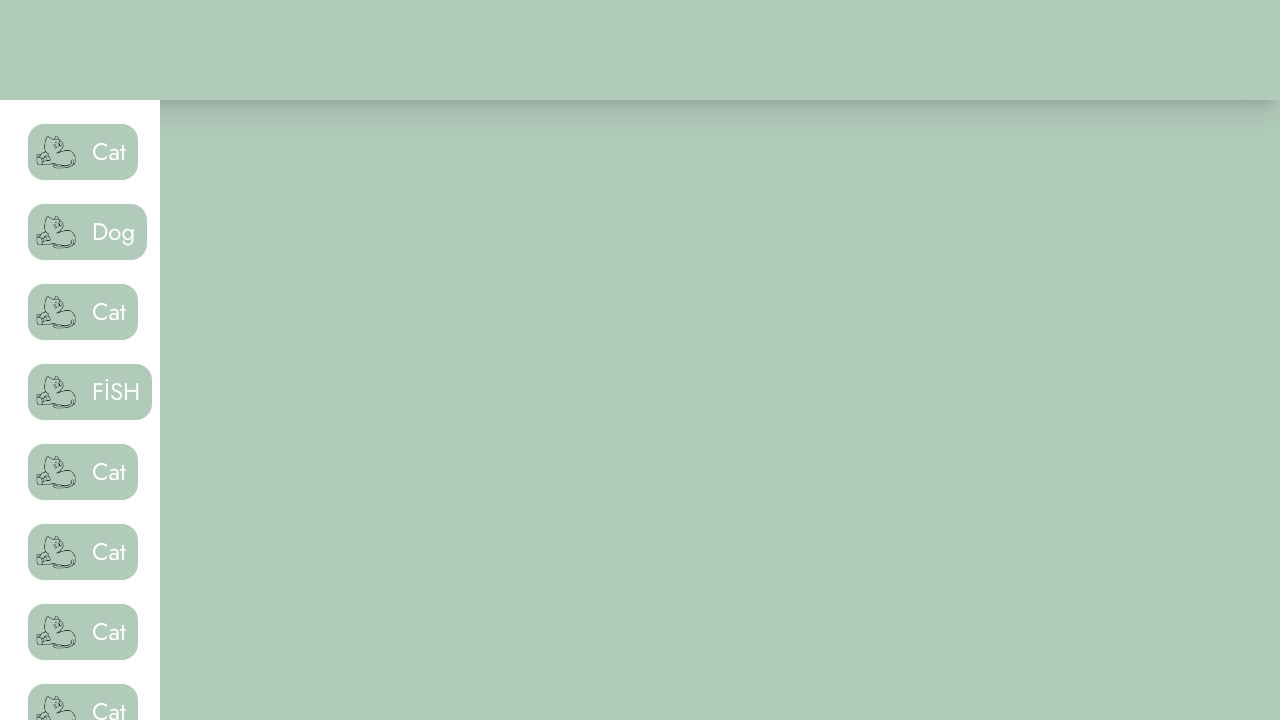
Repository: batu-call/batu-petshop
Page: /main (app in petshopp-appAdmin/admin/)
These files come from the project's save history. The page is drawn as it stood at one moment and after the next save; the edit follows.
The browser window is 1280 px wide. The pictures show the whole page.
The project was rebuilt for these pictures with package versions that can differ from the ones it lists, and the page was loaded fresh each time. The framework's server and built-in components were replaced by stand-ins that run in the browser. Also part of the build but not shown: petshopp-appAdmin/admin/next.config.ts.

Above is the page before, as saved 2025-09-19 02:19:03.

After the next save:
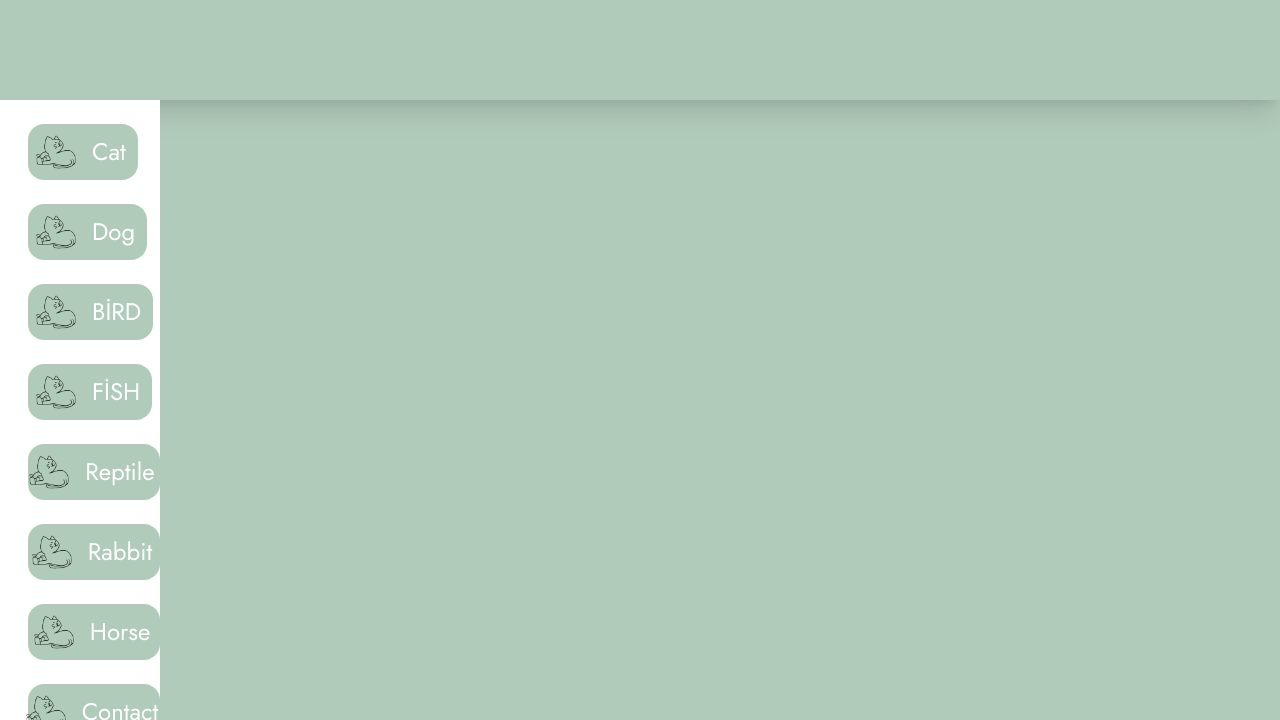
Saved 102 s later.
--- a/petshopp-appAdmin/admin/src/app/main/controller/Main.tsx
+++ b/petshopp-appAdmin/admin/src/app/main/controller/Main.tsx
@@ -26,14 +26,14 @@ const Main = () => {
        <h2 className='text-2xl text-jost text-white p-1'>Dog</h2>
       </div>
       </div>
-      {/* FİSH */}
+      {/* BİRD */}
        <div className='bg-primary inline-block p-2 items-center mt-6 ml-7 rounded-2xl'>
         <div className='flex gap-3 items-center justify-center'>
        <Image src="/cat_7721779.png" alt='cat-image'
        height={40}
        width={40}
        />
-       <h2 className='text-2xl text-jost text-white p-1'>Cat</h2>
+       <h2 className='text-2xl text-jost text-white p-1'>BİRD</h2>
       </div>
       </div>
       {/* FİSH */}
@@ -46,64 +46,54 @@ const Main = () => {
        <h2 className='text-2xl text-jost text-white p-1'>FİSH</h2>
       </div>
       </div>
-      {/* Dog */}
+      {/* Reptile */}
        <div className='bg-primary inline-block p-2 items-center mt-6 ml-7 rounded-2xl'>
         <div className='flex gap-3 items-center justify-center'>
        <Image src="/cat_7721779.png" alt='cat-image'
        height={40}
        width={40}
        />
-       <h2 className='text-2xl text-jost text-white p-1'>Cat</h2>
+       <h2 className='text-2xl text-jost text-white p-1'>Reptile</h2>
       </div>
       </div>
-      {/* Dog */}
+      {/* Rabbit */}
        <div className='bg-primary inline-block p-2 items-center mt-6 ml-7 rounded-2xl'>
         <div className='flex gap-3 items-center justify-center'>
        <Image src="/cat_7721779.png" alt='cat-image'
        height={40}
        width={40}
        />
-       <h2 className='text-2xl text-jost text-white p-1'>Cat</h2>
+       <h2 className='text-2xl text-jost text-white p-1'>Rabbit</h2>
       </div>
       </div>
-      {/* Dog */}
+      {/* Horse */}
        <div className='bg-primary inline-block p-2 items-center mt-6 ml-7 rounded-2xl'>
         <div className='flex gap-3 items-center justify-center'>
        <Image src="/cat_7721779.png" alt='cat-image'
        height={40}
        width={40}
        />
-       <h2 className='text-2xl text-jost text-white p-1'>Cat</h2>
+       <h2 className='text-2xl text-jost text-white p-1'>Horse</h2>
       </div>
       </div>
-      {/* Dog */}
+      {/* Contact */}
        <div className='bg-primary inline-block p-2 items-center mt-6 ml-7 rounded-2xl'>
         <div className='flex gap-3 items-center justify-center'>
        <Image src="/cat_7721779.png" alt='cat-image'
        height={40}
        width={40}
        />
-       <h2 className='text-2xl text-jost text-white p-1'>Cat</h2>
+       <h2 className='text-2xl text-jost text-white p-1'>Contact</h2>
       </div>
       </div>
-      {/* Dog */}
+      {/* +category */}
        <div className='bg-primary inline-block p-2 items-center mt-6 ml-7 rounded-2xl'>
         <div className='flex gap-3 items-center justify-center'>
        <Image src="/cat_7721779.png" alt='cat-image'
        height={40}
        width={40}
        />
-       <h2 className='text-2xl text-jost text-white p-1'>Cat</h2>
-      </div>
-      </div>
-      {/* Dog */}
-       <div className='bg-primary inline-block p-2 items-center mt-6 ml-7 rounded-2xl'>
-        <div className='flex gap-3 items-center justify-center'>
-       <Image src="/cat_7721779.png" alt='cat-image'
-       height={40}
-       width={40}
-       />
-       <h2 className='text-2xl text-jost text-white p-1'>Cat</h2>
+       <h2 className='text-2xl text-jost text-white p-1'>+category</h2>
       </div>
       </div>
     </div>
